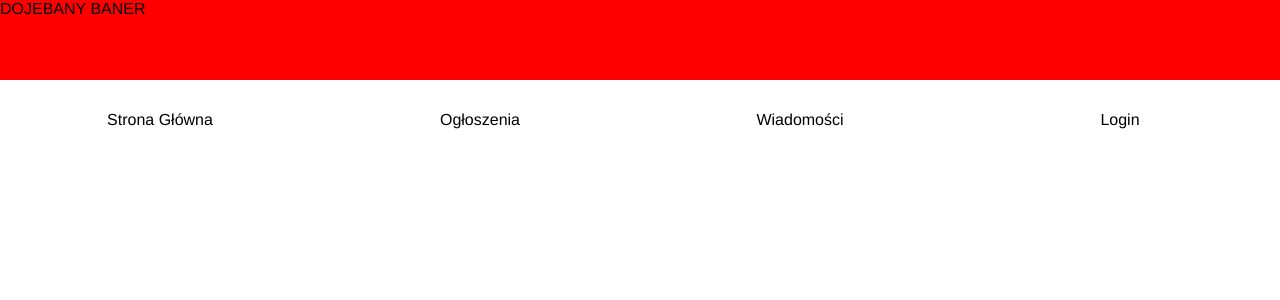
Repository: PatrykStawik/projectppz
Page: /
An editor plug-in stored every save of this project. The page is shown before and after a run of saves, followed by the edit.
The browser window is 1280 px wide. The pictures show the whole page.
The project was rebuilt for these pictures with package versions that can differ from the ones it lists, and the page was loaded fresh each time. The framework's server and built-in components were replaced by stand-ins that run in the browser.

Above is the page before, as saved 2021-05-21 21:37:29.

### pages/_app.tsx
import React from 'react';
import type { AppProps } from 'next/app';
import { GlobalStyle } from '../styles/globalStyles';
import { Header } from '../components/Header';

function MyApp({ Component, pageProps }: AppProps) {
  return (
    <>
      <GlobalStyle />
      <Header>
        <Component {...pageProps} />
      </Header>
    </>
  );
}

// eslint-disable-next-line import/no-default-export
export default MyApp;

### pages/_document.tsx
import React from 'react';
import Document, { DocumentContext, DocumentInitialProps } from 'next/document';
import { ServerStyleSheet } from 'styled-components';

class MyDocument extends Document {
  static async getInitialProps(ctx: DocumentContext): Promise<DocumentInitialProps> {
    const sheet = new ServerStyleSheet();
    const originalRenderPage = ctx.renderPage;

    try {
      ctx.renderPage = () =>
        originalRenderPage({
          enhanceApp: App => props => sheet.collectStyles(<App {...props} />),
        });

      const initialProps = await Document.getInitialProps(ctx);
      return {
        ...initialProps,
        styles: (
          <>
            {initialProps.styles}
            {sheet.getStyleElement()}
          </>
        ),
      };
    } finally {
      sheet.seal();
    }
  }
}

// eslint-disable-next-line import/no-default-export
export default MyDocument;

### pages/index.tsx
import React from 'react';

const index = () => {
  return <div>s</div>;
};

// eslint-disable-next-line import/no-default-export
export default index;

### styles/globalStyles.ts
import { createGlobalStyle } from 'styled-components';

export const GlobalStyle = createGlobalStyle`
  body {
    margin: 0;
    padding: 0;
    font-family: Open-Sans, Helvetica, Sans-Serif;
  }
`;

### components/Header/Header.tsx
import React from 'react';
import styled from 'styled-components';
import { colors } from '../../styles/colors';
import { NextLink } from '../common/NextLink';

const Wrapper = styled.header`
  .baner {
    height: 80px;
    background-color: ${colors.red};
  }
  .menu{
    display: flex;
    height: 80px;
    .menuItem{
      flex: 1;
      text-align: center;
      height: 100%;
      line-height: 80px;
      bgc
    }
  }
`;

const data = [
  { title: 'Strona Główna', href: '/' },
  { title: 'Ogłoszenia', href: '/ogloszenia' },
  { title: 'Wiadomości', href: '/wiadomosci' },
  { title: 'Login', href: '/login' },
];

export const Header: React.FC = ({ children }) => {
  return (
    <Wrapper>
      <div className="baner">DOJEBANY BANER</div>
      <div className="menu">
        {data.map(({ title, href }) => (
          <NextLink href={href} key={title}>
            <div className="menuItem">{title}</div>
          </NextLink>
        ))}
      </div>
    </Wrapper>
  );
};

### styles/colors.ts
export const colors = {
  white: "white",
  black: "black",
  red: "red",
  orange: "orange"
}

### components/common/NextLink/index.tsx
export { NextLink } from './NextLink';

### components/common/NextLink/NextLink.tsx
import React from 'react';
import Link from 'next/link';
import styled from 'styled-components';

const StyledLink = styled(Link)``;

interface Props {
  href: string;
}

export const NextLink: React.FC<Props> = ({ children, href }) => {
  return <StyledLink href={href}>{children}</StyledLink>;
};

Loaded but not shown: components/Header/index.tsx (common file)

After the next 2 saves:
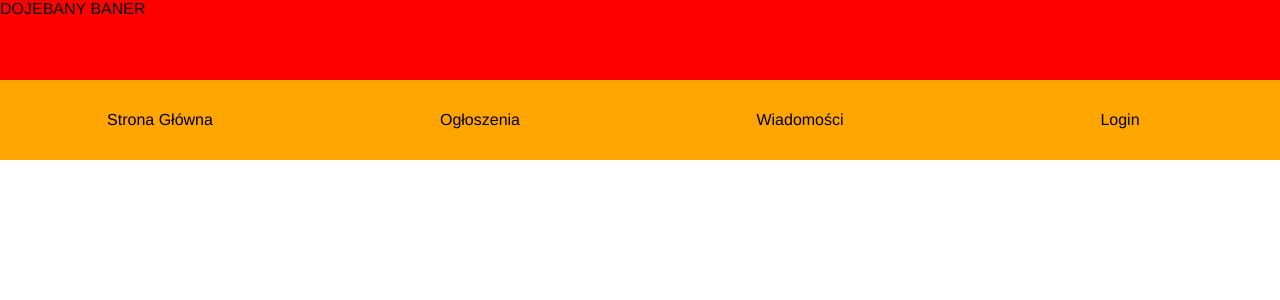
The 2 saves are shown as one change because they came seconds apart.
The last was saved 9 s later.
--- a/components/Header/Header.tsx
+++ b/components/Header/Header.tsx
@@ -16,7 +16,7 @@ const Wrapper = styled.header`
       text-align: center;
       height: 100%;
       line-height: 80px;
-      bgc
+      background-color: ${colors.orange}
     }
   }
 `;
